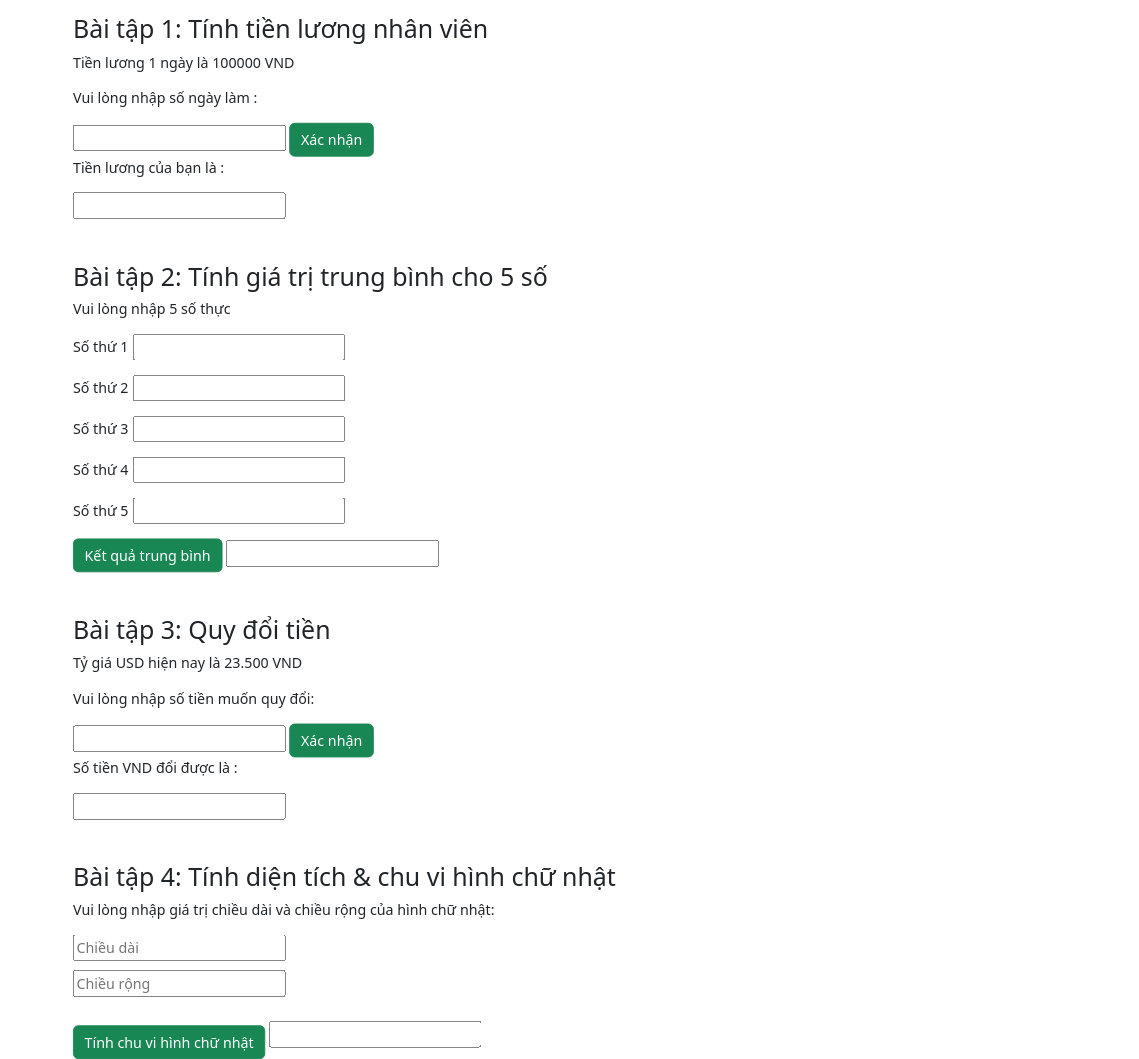
Repository: hcozyph/TranHuuPhuoc_BC43_BT_JS_Buoi2
Page: index.html
These files come from the project's save history. The page is drawn as it stood at one moment and after the next save; the edit follows.
The browser window is 1280 px wide. The pictures show the whole page, at 89% of full size.

Above is the page before, as saved 2023-01-21 22:49:21.

After the next save:
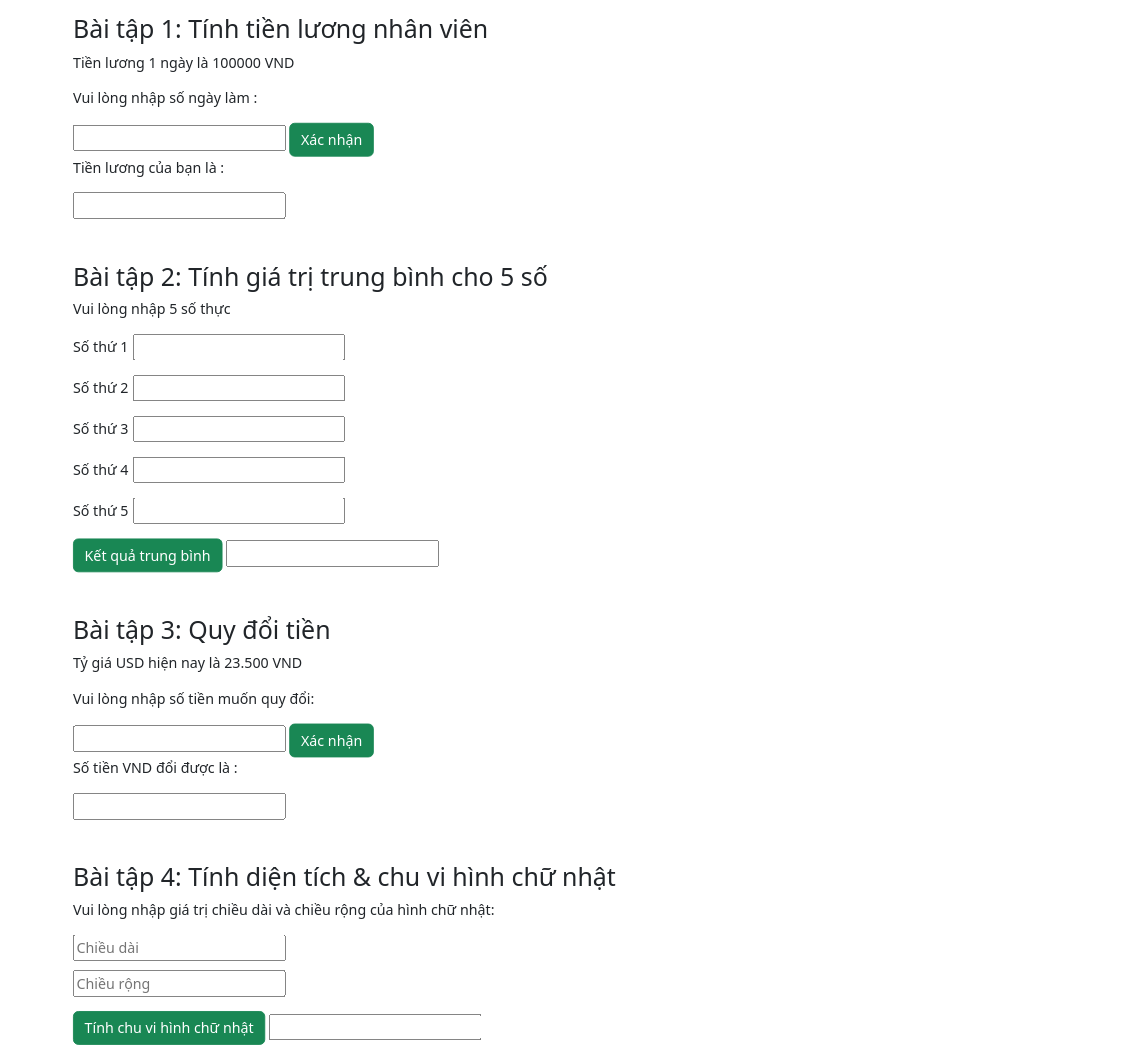
Saved 6 s later.
--- a/index.html
+++ b/index.html
@@ -113,7 +113,7 @@
                 </div>
 
                 <div class="chuVi mt-3">
-                    <button class="btn btn-success mt-3">
+                    <button class="btn btn-success">
                         Tính chu vi hình chữ nhật
                     </button>
                     <input type="number" id="chuVi" />
